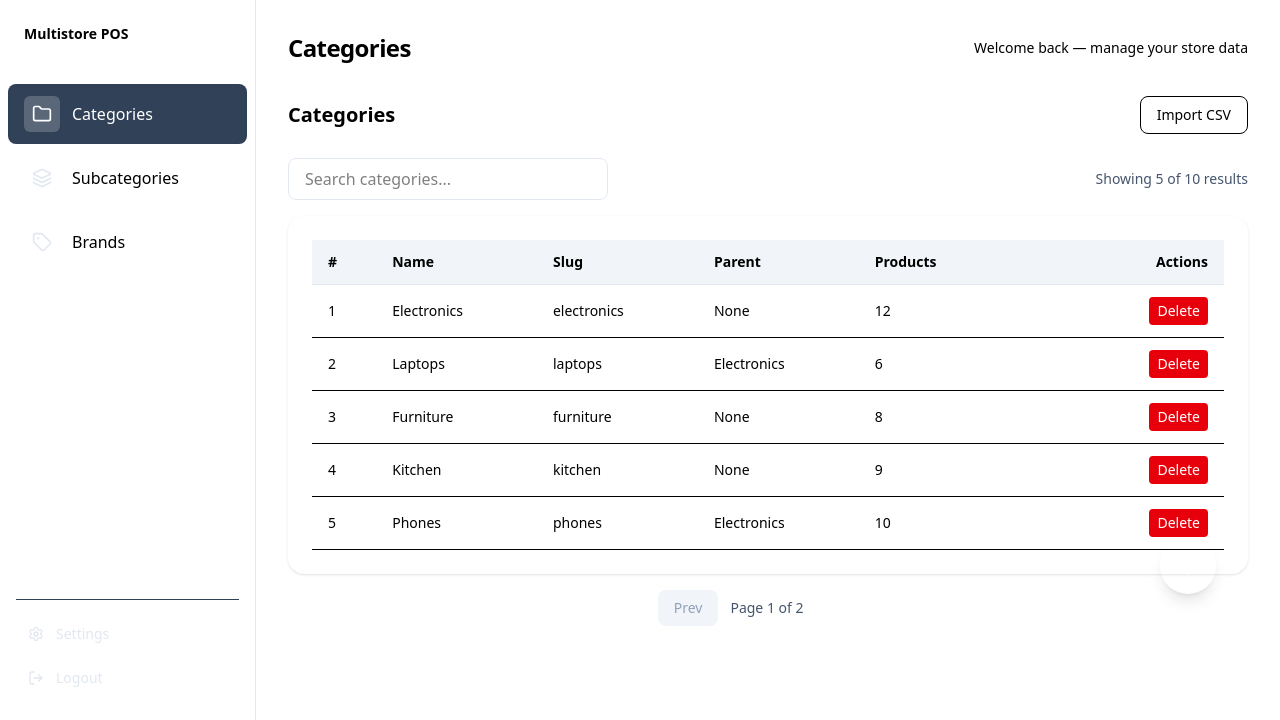
Repository: Ndegwa2/MulistorePOS
Page: /
These files come from the project's save history. The page is drawn as it stood at one moment and after the next save; the edit follows.
The browser window is 1280 px wide. The pictures show the whole page.
The project was rebuilt for these pictures with package versions that can differ from the ones it lists, and the page was loaded fresh each time. Also part of the build but not shown: vite.config.js, Frontend/EditModal.jsx, Frontend/DeleteConfirm.jsx, Frontend/subcategory.jsx, Frontend/brand.jsx.

Above is the page before, as saved 2025-10-03 10:21:45.

### index.html
<!DOCTYPE html>
<html lang="en">
  <head>
    <meta charset="UTF-8" />
    <link rel="icon" type="image/svg+xml" href="/vite.svg" />
    <meta name="viewport" content="width=device-width, initial-scale=1.0" />
    <title>Multistore POS</title>
  </head>
  <body class="bg-secondary text-text">
    <div id="root"></div>
    <script type="module" src="/Frontend/main.jsx"></script>
  </body>
</html>

### Frontend/main.jsx
import React from 'react'
import ReactDOM from 'react-dom/client'
import './index.css'
import Dashboard from './dashboaord'

ReactDOM.createRoot(document.getElementById('root')).render(
  <React.StrictMode>
    <Dashboard />
  </React.StrictMode>,
)

### Frontend/dashboaord.jsx
import React, { useState } from "react";
import { Folder, Layers, Tag, Settings, LogOut } from "lucide-react";

// Assume these exist in your project
import CategoryPanel from "./categoryPanel";
import SubCategoryPanel from "./subcategory";
import BrandPanel from "./brand";

const NAV = [
  { key: "categories", label: "Categories", icon: Folder },
  { key: "subcategories", label: "Subcategories", icon: Layers },
  { key: "brands", label: "Brands", icon: Tag },
];

export default function Dashboard() {
  const [active, setActive] = useState("categories");

  // small helper for rendering the active panel
  function renderPanel() {
    if (active === "categories") return <CategoryPanel />;
    if (active === "subcategories") return <SubCategoryPanel />;
    return <BrandPanel />;
  }

  return (
    <div className="min-h-screen bg-secondary text-text flex">
      {/* Sidebar */}
      <aside
        className="w-64 fixed left-0 top-0 h-screen bg-white text-text border-r border-slate-200
                   flex flex-col justify-between"
        aria-label="Sidebar"
      >
        <div>
          {/* Logo / Title */}
          <div className="px-6 py-6">
            <div className="text-sm font-semibold">Multistore POS</div>
          </div>

          {/* Nav */}
          <nav className="mt-4 px-2" aria-label="Main navigation">
            {NAV.map((n) => {
              const Icon = n.icon;
              const isActive = active === n.key;
              return (
                <button
                  key={n.key}
                  onClick={() => setActive(n.key)}
                  className={`group w-full flex items-center gap-3 px-4 py-3 my-1 rounded-lg text-left
                              transition-colors duration-150
                              ${isActive ? "bg-slate-700 text-white shadow-inner" : "hover:bg-slate-700"}`}
                  aria-current={isActive ? "page" : undefined}
                >
                  <div className={`p-2 rounded-md ${isActive ? "bg-white/20" : "bg-transparent"}`}>
                    <Icon className={`w-5 h-5 ${isActive ? "text-white" : "text-slate-200"} transition-colors`} />
                  </div>
                  <span className="flex-1">{n.label}</span>
                  {/* subtle chevron or count placeholder (optional) */}
                </button>
              );
            })}
          </nav>
        </div>

        {/* bottom area */}
        <div className="px-4 pb-6">
          <div className="border-t border-slate-700 pt-4 flex flex-col gap-2">
            <button className="flex items-center gap-3 px-3 py-2 rounded-lg hover:bg-slate-700 transition-colors">
              <Settings className="w-4 h-4 text-slate-200" />
              <span className="text-sm text-slate-200">Settings</span>
            </button>
            <button className="flex items-center gap-3 px-3 py-2 rounded-lg hover:bg-slate-700 transition-colors">
              <LogOut className="w-4 h-4 text-slate-200" />
              <span className="text-sm text-slate-200">Logout</span>
            </button>
          </div>
        </div>
      </aside>

      {/* Main content */}
      <main className="flex-1 ml-64 bg-secondary min-h-screen text-text p-8">
        {/* Top header (shows active panel name) */}
        <header className="mb-6">
          <div className="flex items-center justify-between">
            <h2 className="text-2xl font-semibold tracking-tight">
              {NAV.find((n) => n.key === active)?.label}
            </h2>
            <div className="text-sm text-text">Welcome back — manage your store data</div>
          </div>
        </header>

        {/* Content area with simple fade/slide animation */}
        <section
          key={active} /* remounts on active change to trigger transition */
          className="transition duration-300 ease-out transform opacity-0 translate-y-2 animate-fade-in"
          style={{ animationFillMode: "forwards", animationDuration: "220ms" }}
        >
          <div className="bg-transparent">
            {renderPanel()}
          </div>
        </section>
      </main>

      {/* small global styles for the fade-in animation (Tailwind can't define keyframes inline) */}
      <style>{`
        @keyframes fadeIn {
          from { opacity: 0; transform: translateY(6px); }
          to { opacity: 1; transform: translateY(0); }
        }
        .animate-fade-in {
          animation-name: fadeIn;
        }
      `}</style>
    </div>
  );
}

### Frontend/categoryPanel.jsx
import React, { useState } from "react";
import EditModal from "./EditModal";
import DeleteConfirm from "./DeleteConfirm";

export default function CategoryPanel() {
  const [categories, setCategories] = useState([
    { id: 1, name: "Electronics", slug: "electronics", parent: "None", count: 12 },
    { id: 2, name: "Laptops", slug: "laptops", parent: "Electronics", count: 6 },
    { id: 3, name: "Furniture", slug: "furniture", parent: "None", count: 8 },
    { id: 4, name: "Kitchen", slug: "kitchen", parent: "None", count: 9 },
    { id: 5, name: "Phones", slug: "phones", parent: "Electronics", count: 10 },
    { id: 6, name: "Accessories", slug: "accessories", parent: "Electronics", count: 4 },
    { id: 7, name: "Chairs", slug: "chairs", parent: "Furniture", count: 7 },
    { id: 8, name: "Tables", slug: "tables", parent: "Furniture", count: 5 },
    { id: 9, name: "Home Decor", slug: "home-decor", parent: "None", count: 11 },
    { id: 10, name: "Audio", slug: "audio", parent: "Electronics", count: 3 },
  ]);

  const [showModal, setShowModal] = useState(false);
  const [newCategory, setNewCategory] = useState({ name: "", slug: "", parent: "", description: "" });
  const [searchTerm, setSearchTerm] = useState("");
  const [currentPage, setCurrentPage] = useState(1);
  const itemsPerPage = 5;

  const [showEditModal, setShowEditModal] = useState(false);
  const [editingItem, setEditingItem] = useState(null);
  const [showDeleteConfirm, setShowDeleteConfirm] = useState(false);
  const [deletingItem, setDeletingItem] = useState(null);

  // Derived filtered categories
  const filtered = categories.filter(
    (c) =>
      c.name.toLowerCase().includes(searchTerm.toLowerCase()) ||
      c.slug.toLowerCase().includes(searchTerm.toLowerCase())
  );

  // Pagination logic
  const totalPages = Math.ceil(filtered.length / itemsPerPage);
  const paginated = filtered.slice((currentPage - 1) * itemsPerPage, currentPage * itemsPerPage);

  const handleAdd = () => setShowModal(true);

  const handleSave = () => {
    if (newCategory.name.trim() === "") return;
    setCategories([...categories, { ...newCategory, id: Date.now(), count: 0 }]);
    setNewCategory({ name: "", slug: "", parent: "", description: "" });
    setShowModal(false);
  };

  const handleSearch = (e) => {
    setSearchTerm(e.target.value);
    setCurrentPage(1);
  };

  const handleEdit = (item) => {
    setEditingItem(item);
    setShowEditModal(true);
  };

  const handleEditSave = (updated) => {
    setCategories(categories.map(c => c.id === updated.id ? updated : c));
    setShowEditModal(false);
  };

  const handleDelete = (item) => {
    setDeletingItem(item);
    setShowDeleteConfirm(true);
  };

  const handleDeleteConfirm = () => {
    setCategories(categories.filter(c => c.id !== deletingItem.id));
    setShowDeleteConfirm(false);
  };

  return (
    <div className="text-text font-sans">
      {/* Header */}
      <div className="flex flex-col sm:flex-row justify-between sm:items-center mb-6 gap-3">
        <h2 className="text-xl font-semibold">Categories</h2>
        <div className="flex gap-3">
          <button
            className="bg-primary text-white px-4 py-2 rounded-lg hover:bg-slate-700 text-sm"
            onClick={handleAdd}
          >
            + New Category
          </button>
          <button className="border border-primary text-primary px-4 py-2 rounded-lg hover:bg-slate-100 text-sm">
            Import CSV
          </button>
        </div>
      </div>

      {/* Search */}
      <div className="mb-4 flex justify-between items-center flex-wrap gap-3">
        <input
          type="text"
          placeholder="Search categories..."
          value={searchTerm}
          onChange={handleSearch}
          className="w-full sm:w-1/3 bg-white text-text px-4 py-2 rounded-lg border border-slate-200 focus:ring-2 focus:ring-primary outline-none"
        />
        <span className="text-sm text-slate-600">
          Showing {paginated.length} of {filtered.length} results
        </span>
      </div>

      {/* Table */}
      <div className="bg-white rounded-2xl shadow p-6 overflow-x-auto">
        <table className="w-full text-left border-collapse text-sm">
          <thead className="bg-slate-100 border-b border-slate-200">
            <tr>
              <th className="py-3 px-4">#</th>
              <th className="py-3 px-4">Name</th>
              <th className="py-3 px-4">Slug</th>
              <th className="py-3 px-4">Parent</th>
              <th className="py-3 px-4">Products</th>
              <th className="py-3 px-4 text-right">Actions</th>
            </tr>
          </thead>
          <tbody>
            {paginated.map((cat, idx) => (
              <tr key={cat.id} className="border-b hover:bg-slate-50">
                <td className="py-3 px-4">{(currentPage - 1) * itemsPerPage + idx + 1}</td>
                <td className="py-3 px-4">{cat.name}</td>
                <td className="py-3 px-4">{cat.slug}</td>
                <td className="py-3 px-4">{cat.parent}</td>
                <td className="py-3 px-4">{cat.count}</td>
                <td className="py-3 px-4 text-right space-x-2">
                  <button
                    onClick={() => handleEdit(cat)}
                    className="bg-primary text-white px-2 py-1 rounded hover:bg-slate-700"
                  >
                    Edit
                  </button>
                  <button
                    onClick={() => handleDelete(cat)}
                    className="bg-red-600 text-white px-2 py-1 rounded hover:bg-red-700"
                  >
                    Delete
                  </button>
                </td>
              </tr>
            ))}
          </tbody>
        </table>
      </div>

      {/* Pagination Controls */}
      <div className="flex justify-center gap-3 mt-4">
        <button
          disabled={currentPage === 1}
          onClick={() => setCurrentPage(currentPage - 1)}
          className={`px-4 py-2 rounded-lg text-sm ${
            currentPage === 1 ? "bg-slate-100 text-slate-400" : "bg-primary text-white hover:bg-slate-700"
          }`}
        >
          Prev
        </button>
        <span className="text-slate-600 text-sm self-center">
          Page {currentPage} of {totalPages}
        </span>
        <button
          disabled={currentPage === totalPages}
          onClick={() => setCurrentPage(currentPage + 1)}
          className={`px-4 py-2 rounded-lg text-sm ${
            currentPage === totalPages
              ? "bg-slate-100 text-slate-400"
              : "bg-primary text-white hover:bg-slate-700"
          }`}
        >
          Next
        </button>
      </div>

      {/* Floating Add Button */}
      <button
        onClick={handleAdd}
        className="fixed bottom-8 right-8 bg-primary hover:bg-slate-700 w-14 h-14 flex items-center justify-center rounded-full shadow-lg text-white"
      >
        <span className="text-2xl">＋</span>
      </button>

      {/* Modal */}
      {showModal && (
        <div className="fixed inset-0 bg-black/50 flex items-center justify-center z-50">
          <div className="bg-white p-6 rounded-xl w-full max-w-md shadow-2xl border border-slate-200">
            <h2 className="text-lg font-semibold mb-4">Add New Category</h2>

            <div className="space-y-4">
              <div>
                <label className="text-sm text-slate-600">Name</label>
                <input
                  type="text"
                  value={newCategory.name}
                  onChange={(e) => setNewCategory({ ...newCategory, name: e.target.value })}
                  className="w-full mt-1 bg-white border border-slate-200 rounded-lg px-3 py-2 outline-none focus:ring-2 focus:ring-primary"
                />
              </div>
              <div>
                <label className="text-sm text-slate-600">Slug</label>
                <input
                  type="text"
                  value={newCategory.slug}
                  onChange={(e) => setNewCategory({ ...newCategory, slug: e.target.value })}
                  className="w-full mt-1 bg-white border border-slate-200 rounded-lg px-3 py-2 outline-none focus:ring-2 focus:ring-primary"
                />
              </div>
              <div>
                <label className="text-sm text-slate-600">Parent</label>
                <select
                  value={newCategory.parent}
                  onChange={(e) => setNewCategory({ ...newCategory, parent: e.target.value })}
                  className="w-full mt-1 bg-white border border-slate-200 rounded-lg px-3 py-2 outline-none focus:ring-2 focus:ring-primary"
                >
                  <option value="">None</option>
                  {categories
                    .filter((c) => c.parent === "None")
                    .map((c) => (
                      <option key={c.id}>{c.name}</option>
                    ))}
                </select>
              </div>
              <div>
                <label className="text-sm text-slate-600">Description</label>
                <textarea
                  rows="3"
                  value={newCategory.description}
                  onChange={(e) => setNewCategory({ ...newCategory, description: e.target.value })}
                  className="w-full mt-1 bg-white border border-slate-200 rounded-lg px-3 py-2 outline-none focus:ring-2 focus:ring-primary"
                ></textarea>
              </div>
            </div>

            <div className="flex justify-end gap-3 mt-6">
              <button
                onClick={() => setShowModal(false)}
                className="px-4 py-2 bg-slate-100 hover:bg-slate-200 rounded-lg"
              >
                Cancel
              </button>
              <button
                onClick={handleSave}
                className="px-4 py-2 bg-primary text-white hover:bg-slate-700 rounded-lg"
              >
                Save
              </button>
            </div>
          </div>
        </div>
      )}

      <EditModal
        isOpen={showEditModal}
        onClose={() => setShowEditModal(false)}
        onSave={handleEditSave}
        initialData={editingItem}
        fields={[
          { name: 'name', label: 'Name', type: 'text' },
          { name: 'slug', label: 'Slug', type: 'text' },
          { name: 'parent', label: 'Parent', type: 'select', options: ['None', ...categories.filter(c => c.parent === 'None').map(c => c.name)] },
          { name: 'description', label: 'Description', type: 'textarea' }
        ]}
      />

      <DeleteConfirm
        isOpen={showDeleteConfirm}
        onClose={() => setShowDeleteConfirm(false)}
        onConfirm={handleDeleteConfirm}
        itemName={deletingItem?.name}
      />
    </div>
  );
}

Loaded but not shown: Frontend/index.css (common file)

After the next save:
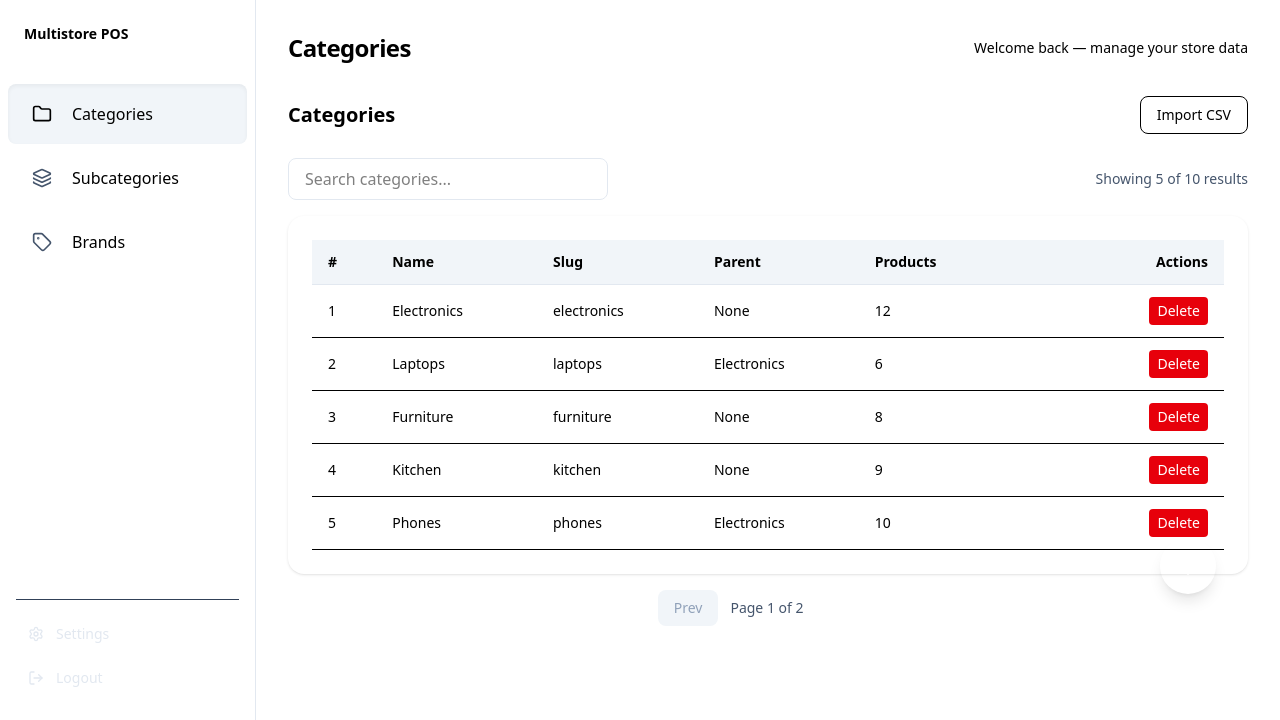
Saved 10 s later.
--- a/Frontend/dashboaord.jsx
+++ b/Frontend/dashboaord.jsx
@@ -47,11 +47,11 @@ export default function Dashboard() {
                   onClick={() => setActive(n.key)}
                   className={`group w-full flex items-center gap-3 px-4 py-3 my-1 rounded-lg text-left
                               transition-colors duration-150
-                              ${isActive ? "bg-slate-700 text-white shadow-inner" : "hover:bg-slate-700"}`}
+                              ${isActive ? "bg-slate-100 text-primary shadow-inner" : "hover:bg-slate-100"}`}
                   aria-current={isActive ? "page" : undefined}
                 >
-                  <div className={`p-2 rounded-md ${isActive ? "bg-white/20" : "bg-transparent"}`}>
-                    <Icon className={`w-5 h-5 ${isActive ? "text-white" : "text-slate-200"} transition-colors`} />
+                  <div className={`p-2 rounded-md ${isActive ? "bg-primary/10" : "bg-transparent"}`}>
+                    <Icon className={`w-5 h-5 ${isActive ? "text-primary" : "text-slate-600"} transition-colors`} />
                   </div>
                   <span className="flex-1">{n.label}</span>
                   {/* subtle chevron or count placeholder (optional) */}
